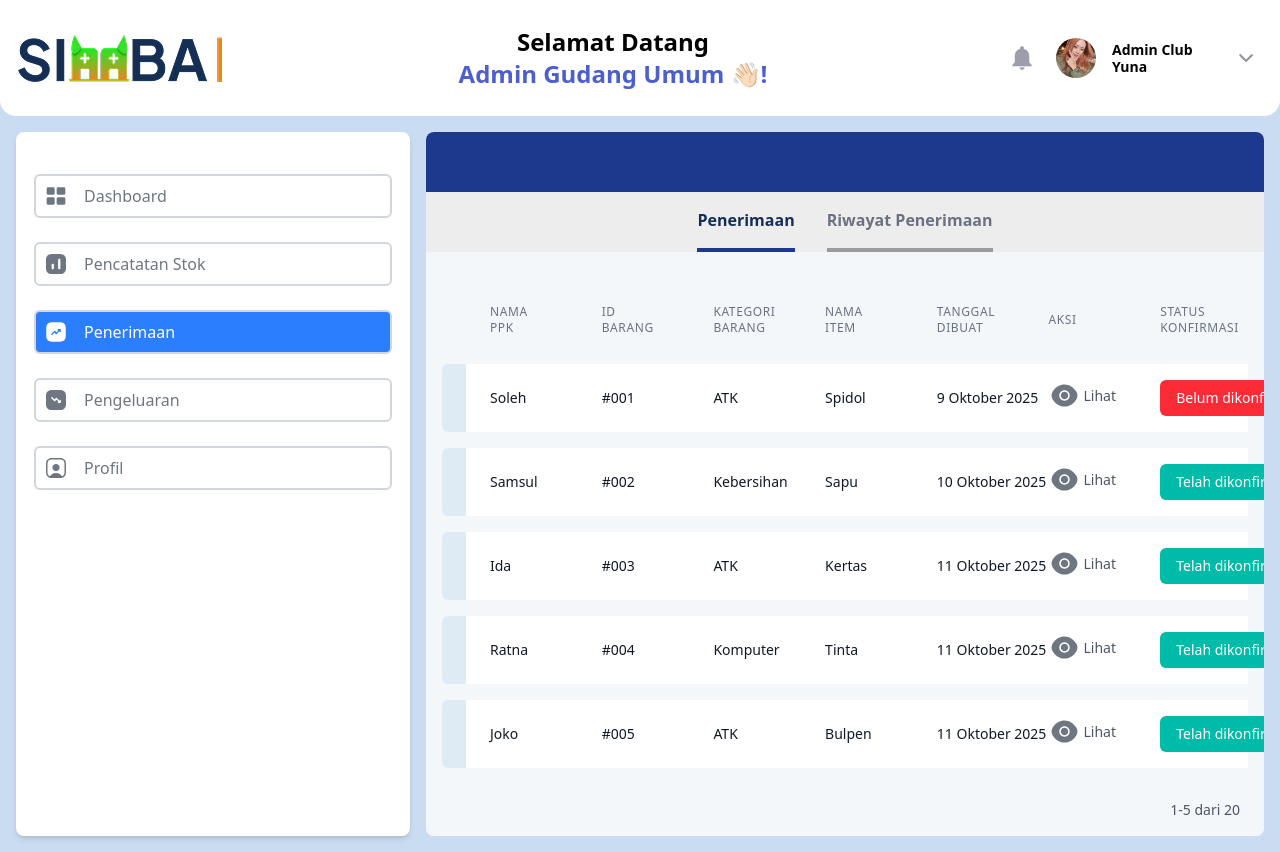
Repository: Gokerwow/inventory-fe
Page: /penerimaan
The author's editor kept a copy of each file at every save. The page is drawn from the files as they stood at one save, then again after the next save.
The browser window is 1280 px wide. The pictures show the whole page.
The project was rebuilt for these pictures with package versions that can differ from the ones it lists, and the page was loaded fresh each time. Also part of the build but not shown: vite.config.ts, src/components/categoryBarChart.tsx, src/components/lineChart.tsx, src/pages/dashboard.tsx, src/pages/stokBarang.tsx, src/pages/pengeluaran.tsx, src/pages/profil.tsx.

Above is the page before, as saved 2025-10-15 16:01:57.

### index.html
<!doctype html>
<html lang="en">
  <head>
    <meta charset="UTF-8" />
    <link rel="icon" type="image/svg+xml" href="/vite.svg" />
    <meta name="viewport" content="width=device-width, initial-scale=1.0" />
    <title>inventory-fe</title>
  </head>
  <body>
    <div id="root"></div>
    <script type="module" src="/src/main.tsx"></script>
  </body>
</html>

### src/main.tsx
import { StrictMode } from 'react'
import { createRoot } from 'react-dom/client'
import './index.css'
import App from './App.tsx'
import ErrorBoundary from './components/errorBoundary.tsx'
import { BrowserRouter } from 'react-router-dom'

createRoot(document.getElementById('root')!).render(
  <StrictMode>
    <ErrorBoundary>
      <BrowserRouter>
        <App />
      </BrowserRouter>
    </ErrorBoundary>
  </StrictMode>,
)

### src/App.tsx
import './App.css'
import { Routes, Route, Navigate } from 'react-router-dom'
import Layout from './components/layout'
import Dashboard from './pages/dashboard'
import StokBarang from './pages/stokBarang'
import Penerimaan from './pages/penerimaan'
import Pengeluaran from './pages/pengeluaran'
import Profil from './pages/profil'


function App() {
  return (
    <Routes>
      <Route path="/" element={<Layout />}>
        <Route index element={<Navigate to="/dashboard" replace />} />
        <Route path="dashboard" element={<Dashboard />} />
        <Route path="pencatatan-stok" element={<StokBarang />} />
        <Route path="penerimaan" element={<Penerimaan />} />
        <Route path="pengeluaran" element={<Pengeluaran />} />
        <Route path="profil" element={<Profil />} />
      </Route>
    </Routes>
  )
}

export default App

### src/components/errorBoundary.tsx
// components/ErrorBoundary.tsx
import { ErrorBoundary as ReactErrorBoundary } from 'react-error-boundary';
import { type ReactNode } from 'react';

function ErrorFallback({ error, resetErrorBoundary }: any) {
    return (
        <div className="min-h-screen flex items-center justify-center bg-gray-100">
            <div className="bg-white p-8 rounded-lg shadow-lg max-w-md w-full">
                <h2 className="text-2xl font-bold text-red-600 mb-4">
                    Oops! Terjadi Error
                </h2>
                <div className="bg-red-50 border border-red-200 rounded p-4 mb-4">
                    <p className="text-red-800 font-semibold">Error:</p>
                    <p className="text-red-600 text-sm mt-2">{error.message}</p>
                </div>
                <details className="mb-4">
                    <summary className="cursor-pointer text-gray-600 hover:text-gray-800">
                        Stack Trace
                    </summary>
                    <pre className="mt-2 text-xs bg-gray-50 p-2 rounded overflow-auto max-h-40">
                        {error.stack}
                    </pre>
                </details>
                <button
                    onClick={resetErrorBoundary}
                    className="w-full bg-blue-600 text-white py-2 px-4 rounded hover:bg-blue-700 transition"
                >
                    Coba Lagi
                </button>
            </div>
        </div>
    );
}

interface ErrorBoundaryProps {
    children: ReactNode;
}

export default function ErrorBoundary({ children }: ErrorBoundaryProps) {
    return (
        <ReactErrorBoundary
            FallbackComponent={ErrorFallback}
            onError={(error, errorInfo) => {
                // Log error ke console atau service logging (Sentry, LogRocket, dll)
                console.error('Error caught by boundary:', error, errorInfo);
            }}
            onReset={() => {
                // Reset state aplikasi jika perlu
                window.location.href = '/';
            }}
        >
            {children}
        </ReactErrorBoundary>
    );
}

### src/App.css
@import "tailwindcss";

body {
  background-color: #cadcf2;
}

### src/components/layout.tsx
// components/Layout.tsx
import { Outlet } from 'react-router-dom';
import SideBar from '../components/sidebar'
import TopBar from '../components/topBar'

function Layout() {
    return (
        <div className="flex flex-col h-screen">
            <TopBar />
            <div className='flex p-4 gap-4'>
                <SideBar />
                <div className='flex-1'>
                    <Outlet />
                </div>
            </div>
        </div>
    );
}

export default Layout;

### src/pages/penerimaan.tsx
import { useState } from 'react';
import EyeIcon from '../assets/eye.svg?react';

export default function Penerimaan() {
    const [activeTab, setActiveTab] = useState('penerimaan');

    const [data] = useState([
        {
            id: 1,
            namaPPK: 'Soleh',
            idBarang: '#001',
            kategori: 'ATK',
            namaItem: 'Spidol',
            tanggal: '9 Oktober 2025',
            status: 'Belum dikonfirmasi'
        },
        {
            id: 2,
            namaPPK: 'Samsul',
            idBarang: '#002',
            kategori: 'Kebersihan',
            namaItem: 'Sapu',
            tanggal: '10 Oktober 2025',
            status: 'Telah dikonfirmasi'
        },
        {
            id: 3,
            namaPPK: 'Ida',
            idBarang: '#003',
            kategori: 'ATK',
            namaItem: 'Kertas',
            tanggal: '11 Oktober 2025',
            status: 'Telah dikonfirmasi'
        },
        {
            id: 4,
            namaPPK: 'Ratna',
            idBarang: '#004',
            kategori: 'Komputer',
            namaItem: 'Tinta',
            tanggal: '11 Oktober 2025',
            status: 'Telah dikonfirmasi'
        },
        {
            id: 5,
            namaPPK: 'Joko',
            idBarang: '#005',
            kategori: 'ATK',
            namaItem: 'Bulpen',
            tanggal: '11 Oktober 2025',
            status: 'Telah dikonfirmasi'
        }
    ]);

    return (
        <div className="bg-[#F3F7FA]  relative z-10 rounded-lg overflow-hidden">
            {/* Header */}
            <div className="bg-blue-900 text-white px-6 py-4 h-[60px]">

            </div>

            {/* Tabs */}
            <div className="bg-[#EDEDED]">
                <div className="px-6">
                    <div className="flex gap-8 justify-center items-center">
                        <button
                            onClick={() => setActiveTab('penerimaan')}
                            className={`py-4 font-bold border-b-4 transition-colors cursor-pointer ${activeTab === 'penerimaan'
                                ? 'border-blue-900 text-[#152F54]'
                                : 'border-[#9C9C9C] text-gray-500 hover:text-gray-700'
                                }`}
                        >
                            Penerimaan
                        </button>
                        <button
                            onClick={() => setActiveTab('riwayat')}
                            className={`py-4 font-bold border-b-4 transition-colors cursor-pointer ${activeTab === 'riwayat'
                                ? 'border-blue-900 text-[#152F54]'
                                : 'border-[#9C9C9C] text-gray-500 hover:text-gray-700'
                                }`}
                        >
                            Riwayat Penerimaan
                        </button>
                    </div>
                </div>
            </div>

            {/* Table */}
            <div className="pt-6 bg-[#F3F7FA]">
                <div className="w-full overflow-hidden">
                    <table className="w-full mx-auto table-fixed border-separate border-spacing-y-4 px-4">
                        <thead className="">
                            <tr>
                                <th className="w-[24px]"></th>
                                <th className="px-6 py-3 text-left text-xs font-medium text-gray-500 uppercase tracking-wider">
                                    Nama PPK
                                </th>
                                <th className="px-6 py-3 text-left text-xs font-medium text-gray-500 uppercase tracking-wider">
                                    ID Barang
                                </th>
                                <th className="px-6 py-3 text-left text-xs font-medium text-gray-500 uppercase tracking-wider">
                                    Kategori Barang
                                </th>
                                <th className="px-6 py-3 text-left text-xs font-medium text-gray-500 uppercase tracking-wider">
                                    Nama Item
                                </th>
                                <th className="px-6 py-3 text-left text-xs font-medium text-gray-500 uppercase tracking-wider">
                                    Tanggal dibuat
                                </th>
                                <th className="px-6 py-3 text-left text-xs font-medium text-gray-500 uppercase tracking-wider">
                                    Aksi
                                </th>
                                <th className="px-6 py-3 text-left text-xs font-medium text-gray-500 uppercase tracking-wider">
                                    Status konfirmasi
                                </th>
                            </tr>
                        </thead>
                        <tbody className="">
                            {data.map((item) => (
                                <tr key={item.id} className="hover:bg-blue-100 bg-[#FFFFFF] rounded-lg overflow-hidden">
                                    <td className='w-full h-full bg-[#deebf5] rounded-l-md'>
                                    </td>
                                    <td className="px-6 py-4 whitespace-nowrap text-sm text-gray-900">
                                        {item.namaPPK}
                                    </td>
                                    <td className="px-6 py-4 whitespace-nowrap text-sm text-gray-900">
                                        {item.idBarang}
                                    </td>
                                    <td className="px-6 py-4 whitespace-nowrap text-sm text-gray-900">
                                        {item.kategori}
                                    </td>
                                    <td className="px-6 py-4 whitespace-nowrap text-sm text-gray-900">
                                        {item.namaItem}
                                    </td>
                                    <td className="px-6 py-4 whitespace-nowrap text-sm text-gray-900">
                                        {item.tanggal}
                                    </td>
                                    <td className="px-6 py-4 whitespace-nowrap text-sm">
                                        <button className="inline-flex items-center gap-1 text-gray-600 hover:text-gray-900">
                                            <EyeIcon />
                                            <span>Lihat</span>
                                        </button>
                                    </td>
                                    <td className="px-6 py-4 whitespace-nowrap text-sm">
                                        {item.status === 'Belum dikonfirmasi' ? (
                                            <button className="px-4 py-2 bg-red-500 text-white rounded-md hover:bg-red-600 transition-colors">
                                                Belum dikonfirmasi
                                            </button>
                                        ) : (
                                            <button className="px-4 py-2 bg-teal-500 text-white rounded-md hover:bg-teal-600 transition-colors">
                                                Telah dikonfirmasi
                                            </button>
                                        )}
                                    </td>
                                </tr>
                            ))}
                        </tbody>
                    </table>

                    {/* Pagination */}
                    <div className="px-6 py-4 flex justify-end text-sm text-gray-600">
                        1-5 dari 20
                    </div>
                </div>
            </div>
        </div>
    );
};

### src/components/sidebar.tsx
import DashboardIcon from '../assets/DashboardIcon.svg?react';
import ChartIcon from '../assets/Chart.svg?react';
import PenerimaanIcon from '../assets/Penerimaan.svg?react';
import PengeluaranIcon from '../assets/Pengeluaran.svg?react';
import ProfilIcon from '../assets/profil.svg?react';
import { NavLink } from 'react-router-dom';

export default function SideBar() {
    const menuItems = [
        { path: '/dashboard', icon: DashboardIcon, label: 'Dashboard' },
        { path: '/pencatatan-stok', icon: ChartIcon, label: 'Pencatatan Stok' },
        { path: '/penerimaan', icon: PenerimaanIcon, label: 'Penerimaan' },
        { path: '/pengeluaran', icon: PengeluaranIcon, label: 'Pengeluaran' },
        { path: '/profil', icon: ProfilIcon, label: 'Profil' },
    ];

    return (
        <div className='w-[394px]'>
            <div className="bg-white text-white flex flex-col justify-between h-full rounded-lg overflow-hidden shadow-md border-2 border-white">
                <ul className='flex flex-col gap-6 px-4 py-10'>
                    {menuItems.map((item) => (
                        <li key={item.path}>
                            <NavLink
                                to={item.path}
                                className={({ isActive }) =>
                                    `flex items-center gap-4 p-2 rounded-md cursor-pointer transition-all duration-300 border-2 border-gray-300 ${isActive
                                        ? 'bg-blue-500 text-white'
                                        : 'bg-white text-[#6E7781] hover:bg-blue-500 hover:text-white group'
                                    }`
                                }
                            >
                                {({ isActive }) => (
                                    <>
                                        <item.icon
                                            className={`w-6 h-6 fill-current transition-colors ${isActive
                                                ? 'text-white'
                                                : 'text-[#6E7781] group-hover:text-white'
                                                }`}
                                        />
                                        <span>{item.label}</span>
                                    </>
                                )}
                            </NavLink>
                        </li>
                    ))}

                </ul>
            </div>
        </div>
    );
}

### src/components/topBar.tsx
import NotifIcon from '../assets/Notification.png';
import ChevronDown from '../assets/ChevronDown.png';
import PfpExample from '../assets/Pfp Example.jpeg';
import SimbaLogo from '../assets/Light Logo new 1.png';


export default function TopBar() {
    return (
        <div className="w-full flex items-center justify-between gap-6 py-2 rounded-b-2xl bg-white">
            <div className='p-4'>
                <img src={SimbaLogo} alt="Simba Logo"/>
            </div>
            <div className='text-2xl font-bold'>
                <p className='text-center'>Selamat Datang</p>
                <p className='text-center text-[#4D5ED1]'>Admin Gudang Umum 👋🏻!</p>
            </div>
            <div>
                <div className='flex items-center justify-center gap-4 bg-white/30 rounded-l-full px-4 py-6'>
                    <div className='bg-white rounded-full w-9 h-9 flex items-center justify-center'>
                        <img src={NotifIcon} alt="Notification Icon" className='h-6' />
                    </div>
                    <div className='flex items-center gap-4'>
                        <div className='bg-white rounded-full w-10 h-10 flex items-center justify-center overflow-hidden'>
                            <img src={PfpExample} alt="Profile Picture" className='w-full' />
                        </div>
                        <span className='max-w-[100px] break-words leading-tight font-semibold text-sm'>Admin Club Yuna</span>
                    </div>
                    <div className='bg-white rounded-full w-9 h-9 flex items-center justify-center'>
                        <img src={ChevronDown} alt="Notification Icon" className='h-2' />
                    </div>
                </div>
            </div>
        </div>
    )
}

Loaded but not shown: src/index.css (common file)

After the next save:
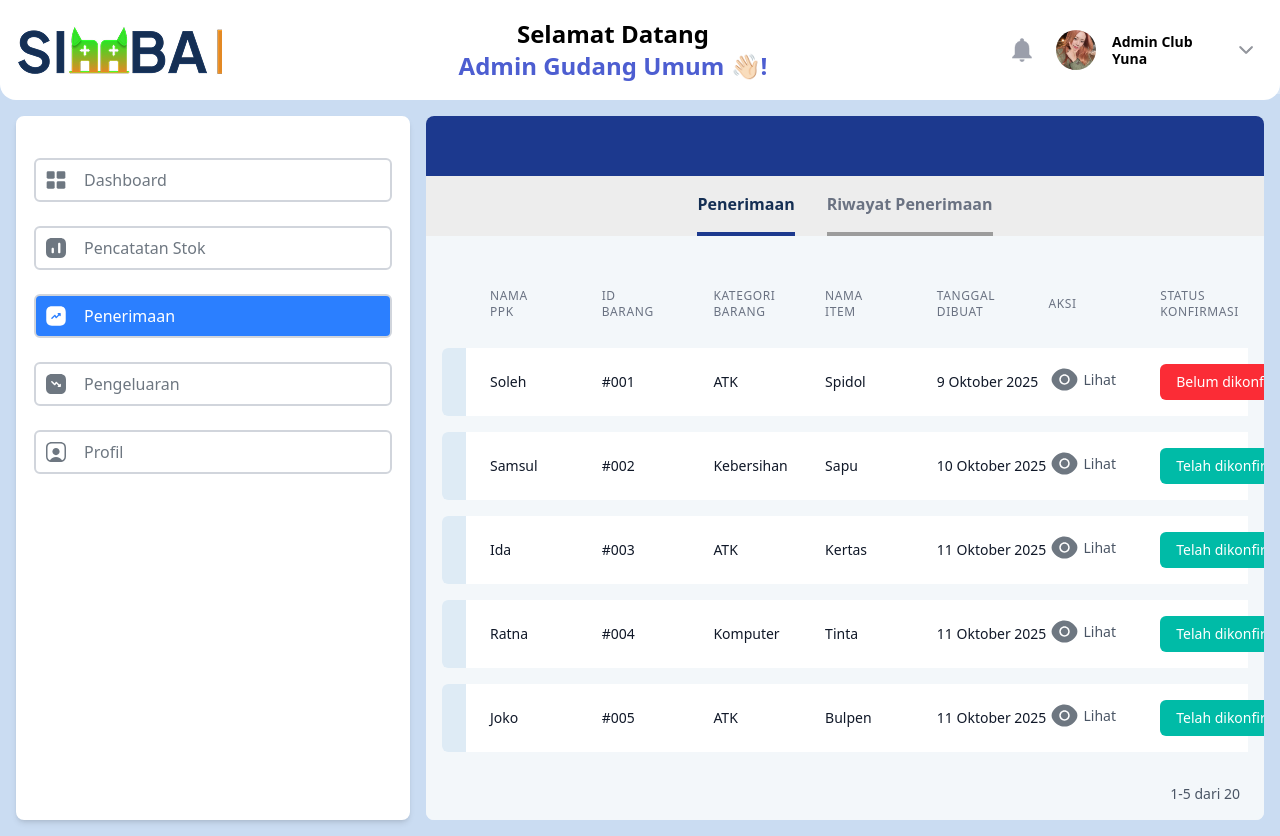
Saved 4 s later.
--- a/src/components/topBar.tsx
+++ b/src/components/topBar.tsx
@@ -6,7 +6,7 @@ import SimbaLogo from '../assets/Light Logo new 1.png';
 
 export default function TopBar() {
     return (
-        <div className="w-full flex items-center justify-between gap-6 py-2 rounded-b-2xl bg-white">
+        <div className="w-full flex items-center justify-between gap-6 rounded-b-2xl bg-white">
             <div className='p-4'>
                 <img src={SimbaLogo} alt="Simba Logo"/>
             </div>
